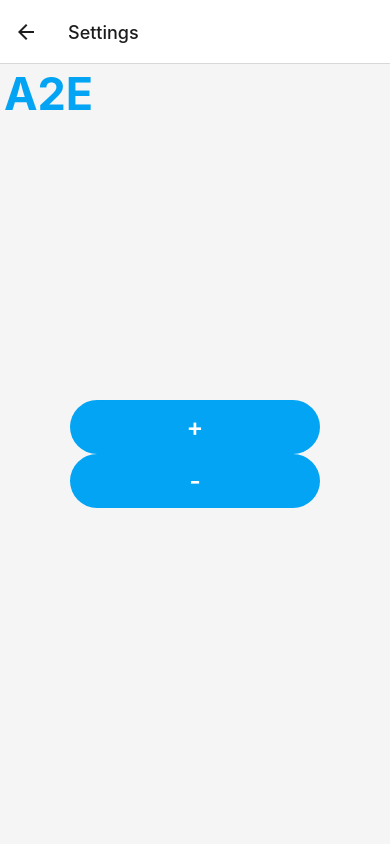
Repository: amartinM1/A2E-UI
Page: /Settings
The author's editor kept a copy of each file at every save. The page is drawn from the files as they stood at one save, then again after the next save.
The browser window is 390 px wide. The pictures show the whole page.
The app was drawn by React Native's web renderer in a window 390 px wide. The project was rebuilt for these pictures with package versions that can differ from the ones it lists, and the page was loaded fresh each time. Some packages were replaced by stand-ins written for this rebuild. Also part of the build but not shown: pages/profile.js, server/server.js, pages/home.js.

Above is the page before, as saved 2023-02-16 12:02:46.

After the next save:
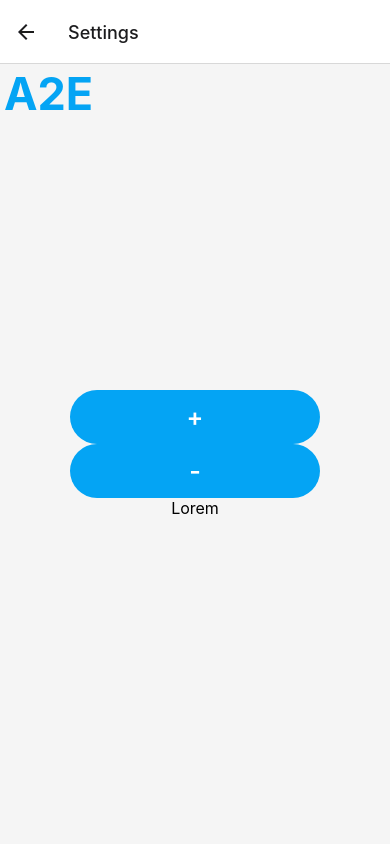
Saved 12 s later.
--- a/pages/settings.js
+++ b/pages/settings.js
@@ -39,7 +39,7 @@ function Settings({navigation}) {
                         -
                 </Button>
 
-
+                <Text style={{fontSize: `${fontSize}px` }}>Lorem</Text>
             </View>
         </View>
     );
